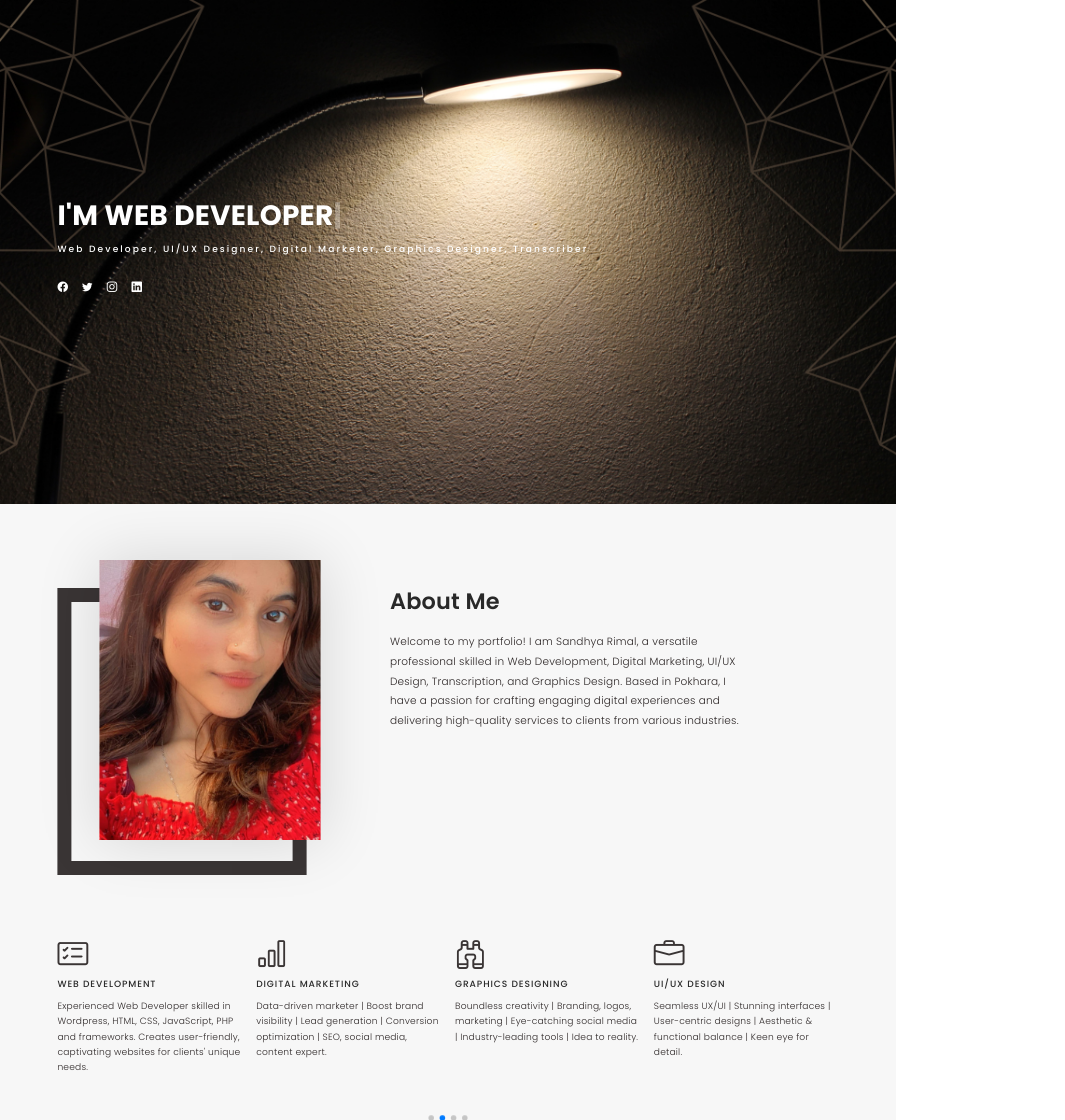
Repository: sandhya8109/portfolio
Page: index.html
These files come from the project's save history. The page is drawn as it stood at one moment and after the next save; the edit follows.
The browser window is 1280 px wide. The page is 1280 px wide, then 1522 px, so the pictures cover 1522 px, including what lies to the right of the window. The pictures show the part of the page from y = 0 to 1600 px (the page is 4289 px tall before and 5909 px after), at 70% of full size.
Some web fonts or font styles are not loaded; a fallback is used.

Above is the page before, as saved 2023-11-20 19:32:24.

### index.html
<!DOCTYPE html>
<html lang="en">

<head>
  <meta charset="utf-8">
  <meta content="width=device-width, initial-scale=1.0" name="viewport">

  <title>Sandhya's portfolio</title>
  <meta content="" name="description">
  <meta content="" name="keywords">

  <!-- Favicons -->
  <link href="assets/img/logo.png" rel="icon">
  <link href="assets/img/apple-touch-icon.png" rel="apple-touch-icon">

  <!-- Google Fonts -->
  <link href="https://fonts.googleapis.com/css?family=Poppins:300,300i,400,400i,500,500i,600,600i,700,700i|Playfair+Display:400,400i,500,500i,600,600i,700,700i,900,900i" rel="stylesheet">

  <!-- Vendor CSS Files -->
  <link href="assets/vendor/bootstrap/css/bootstrap.min.css" rel="stylesheet">
  <link href="assets/vendor/bootstrap-icons/bootstrap-icons.css" rel="stylesheet">
  <link href="assets/vendor/boxicons/css/boxicons.min.css" rel="stylesheet">
  <link href="assets/vendor/glightbox/css/glightbox.min.css" rel="stylesheet">
  <link href="assets/vendor/swiper/swiper-bundle.min.css" rel="stylesheet">

  <!-- Template Main CSS File -->
  <link href="assets/css/style.css" rel="stylesheet">
</head>

<body>

  <!-- ======= Header ======= -->
  <header id="header" class="fixed-top ">
    <div class="container d-flex align-items-center justify-content-between">

      <a href="index.html" class="logo"><img src="assets/img/logo.png" alt="" class="img-fluid"></a>
      <!-- Uncomment below if you prefer to use an text logo -->
      <!-- <h1 class="logo"><a href="index.html">Sandy Portfolio</a></h1> -->

      <nav id="navbar" class="navbar">
        <ul>
          <li><a class="nav-link scrollto active" href="#hero">Home</a></li>
          <li><a class="nav-link scrollto" href="#about">About</a></li>
          <li><a class="nav-link  scrollto" href="#portfolio">Portfolio</a></li>
          <li><a class="nav-link  scrollto" href="#journal">Blog</a></li>
          <li><a class="nav-link scrollto" href="#resume">Resume</a></li>
          <li class="dropdown"><a href="#"><span>Resume</span> <i class="bi bi-chevron-down"></i></a>
            <ul>
              <li><a href="#">Resume</a></li>
              <li class="dropdown"><a href="#"><span>Deep Drop Down</span> <i class="bi bi-chevron-right"></i></a>
                <ul>
                  <li><a href="#">Deep Drop Down 1</a></li>
                  <li><a href="#">Deep Drop Down 2</a></li>
                  <li><a href="#">Deep Drop Down 3</a></li>
                  <li><a href="#">Deep Drop Down 4</a></li>
                  <li><a href="#">Deep Drop Down 5</a></li>
                </ul>
              </li>
              <li><a href="#">Drop Down 2</a></li>
              <li><a href="#">Drop Down 3</a></li>
              <li><a href="#">Drop Down 4</a></li>
            </ul>
          </li>
          <li><a class="nav-link scrollto" href="#contact">Contact</a></li>
        </ul>
        <i class="bi bi-list mobile-nav-toggle"></i>
      </nav><!-- .navbar -->

    </div>
  </header><!-- End Header -->

  <!-- ======= Hero Section ======= -->
  <div id="hero" class="home">

    <div class="container">
      <div class="hero-content">
        <h1>I'm  <span class="typed" data-typed-items="Sandhya Rimal, Web Developer,UI/UX Designer, Digital Marketer,Graphics Designer, Transcriber"></span></h1>
        <p>Web Developer, UI/UX Designer, Digital Marketer, Graphics Designer, Transcriber</p>

        <ul class="list-unstyled list-social">
          <li><a href="https://www.facebook.com/sandhya809/"><i class="bi bi-facebook"></i></a></li>
          <li><a href="https://github.com/sandhya8109"><i class="bi bi-github"></i></a></li>
          <li><a href="https://www.instagram.com/8109_sandy/"><i class="bi bi-instagram"></i></a></li>
          <li><a href="https://www.linkedin.com/in/sandhya-rimal-7470601b7/"><i class="bi bi-linkedin"></i></a></li>
        </ul>
      </div>
    </div>
  </div><!-- End Hero -->

  <main id="main">

    <!-- ======= About Section ======= -->
    <div id="about" class="paddsection">
      <div class="container">
        <div class="row justify-content-between">

          <div class="col-lg-4 ">
            <div class="div-img-bg">
              <div class="about-img">
                <img src="assets/img/me.jpg" class="img-responsive" alt="me">
              </div>
            </div>
          </div>

          <div class="col-lg-7">
            <div class="about-descr">

              <h2>About Me </h2>
              <p class="separator">Welcome to my portfolio! I am Sandhya Rimal, a versatile professional skilled in Web Development, Digital Marketing, UI/UX Design, Transcription, and Graphics Design. Based in Pokhara, I have a passion for crafting engaging digital experiences and delivering high-quality services to clients from various industries.</p>

            </div>

          </div>
        </div>
      </div>
    </div><!-- End About Section -->

    <!-- ======= Services Section ======= -->
    <div id="services">
      <div class="container">

        <div class="services-slider swiper" data-aos="fade-up" data-aos-delay="100">
          <div class="swiper-wrapper">

            <div class="swiper-slide">
              <div class="services-block">
                <i class="bi bi-briefcase"></i>
                <span>UI/UX DESIGN</span>
                <p class="separator">
                  Seamless UX/UI | Stunning interfaces | User-centric designs | Aesthetic & functional balance | Keen eye for detail.</p>
              </div>
            </div><!-- End testimonial item -->

            <div class="swiper-slide">
              <div class="services-block">
                <i class="bi bi-card-checklist"></i>
                <span>Web Development</span>
                <p class="separator">
                  Experienced Web Developer skilled in Wordpress, HTML, CSS, JavaScript, PHP and frameworks. Creates user-friendly, captivating websites for clients' unique needs.</p>
              </div>
                           </div><!-- End testimonial item -->
            <div class="swiper-slide">
              <div class="services-block">
                <i class="bi bi-bar-chart"></i>
                <span>Digital Marketing</span>
                <p class="separator">
                  Data-driven marketer | Boost brand visibility | Lead generation | Conversion optimization | SEO, social media, content expert.</p>
              </div>
            </div><!-- End testimonial item -->
            <div class="swiper-slide">
              <div class="services-block">
                <i class="bi bi-binoculars"></i>
                <span>Graphics Designing</span>
                <p class="separator">
                  Boundless creativity | Branding, logos, marketing | Eye-catching social media | Industry-leading tools | Idea to reality.</p>
              </div>
                            </div><!-- End testimonial item -->

            </div><!-- End testimonial item -->



          </div>
          <div class="swiper-pagination"></div>
        </div>

      </div>

    </div><!-- End Services Section -->

    <!-- ======= Portfolio Section ======= -->
    <div id="portfolio" class="paddsection">

      <div class="container">
        <div class="section-title text-center">
          <h2>My Portfolio</h2>
        </div>
      </div>

      <div class="container">

        <div class="row">
          <div class="col-lg-12 d-flex justify-content-center">
            <ul id="portfolio-flters">
              <li data-filter="*" class="filter-active">All</li>
              <li data-filter=".filter-app">Website</li>
              <li data-filter=".filter-card">UI/UX</li>
              <li data-filter=".filter-web">Graphics</li>
              <li data-filter=".filter-resume">Resume</li>
            </ul>
          </div>
        </div>

        <div class="row portfolio-container">

          <div class="col-lg-4 col-md-6 portfolio-item filter-app">
            <img src="assets/img/portfolio/owl.png" class="img-fluid" alt="">
            <div class="portfolio-info">
              <h4>Hope Ability</h4>
              <p>PHP</p>
              <a href="assets/img/portfolio/owl.png" data-gallery="portfolioGallery" class="portfolio-lightbox preview-link" title="App 1"><i class="bx bx-plus"></i></a>
              <a href="portfolio-details.html" class="details-link" title="More Details"><i class="bx bx-link"></i></a>
            </div>
          </div>

          <div class="col-lg-4 col-md-6 portfolio-item filter-web">
            <img src="assets/img/portfolio/final banner.png" class="img-fluid" alt="">
            <div class="portfolio-info">
              <h4>Gurung Bakery</h4>
              <p>Illustrator</p>
              <a href="assets/img/portfolio/final banner.png" data-gallery="portfolioGallery" class="portfolio-lightbox preview-link" title="Web 3"><i class="bx bx-plus"></i></a>
              <a href="portfolio-details.html" class="details-link" title="More Details"><i class="bx bx-link"></i></a>
            </div>
          </div>

          <div class="col-lg-4 col-md-6 portfolio-item filter-web">
            <img src="assets/img/portfolio/krishna janmastami.jpg" class="img-fluid" alt="">
            <div class="portfolio-info">
              <h4>App 2</h4>
              <p>App</p>
              <a href="assets/img/portfolio/krishna janmastami.jpg" data-gallery="portfolioGallery" class="portfolio-lightbox preview-link" title="App 2"><i class="bx bx-plus"></i></a>
              <a href="portfolio-details.html" class="details-link" title="More Details"><i class="bx bx-link"></i></a>
            </div>
          </div>

          <div class="col-lg-4 col-md-6 portfolio-item filter-card">
            <img src="assets/img/portfolio/flyer.png" class="img-fluid" alt="">
            <div class="portfolio-info">
              <h4>Card 2</h4>
              <p>Card</p>
              <a href="assets/img/portfolio/flyer.png" data-gallery="portfolioGallery" class="portfolio-lightbox preview-link" title="Card 2"><i class="bx bx-plus"></i></a>
              <a href="portfolio-details.html" class="details-link" title="More Details"><i class="bx bx-link"></i></a>
            </div>
          </div>

          <div class="col-lg-4 col-md-6 portfolio-item filter-web">
            <img src="assets/img/portfolio/lagan.png" class="img-fluid" alt="">
            <div class="portfolio-info">
              <h4>Web 2</h4>
              <p>Web</p>
              <a href="assets/img/portfolio/lagan.png" data-gallery="portfolioGallery" class="portfolio-lightbox preview-link" title="Web 2"><i class="bx bx-plus"></i></a>
              <a href="portfolio-details.html" class="details-link" title="More Details"><i class="bx bx-link"></i></a>
            </div>
          </div>

          <div class="col-lg-4 col-md-6 portfolio-item filter-app">
            <img src="assets/img/portfolio/letter head.jpg" class="img-fluid" alt="">
            <div class="portfolio-info">
              <h4>App 3</h4>
              <p>App</p>
              <a href="assets/img/portfolio/letter head.jpg" data-gallery="portfolioGallery" class="portfolio-lightbox preview-link" title="App 3"><i class="bx bx-plus"></i></a>
              <a href="portfolio-details.html" class="details-link" title="More Details"><i class="bx bx-link"></i></a>
            </div>
          </div>

        </div>

      </div>

    </div><!-- End Portfolio Section -->

    <!-- ======= Journal Section ======= -->
    <div id="journal" class="text-left paddsection">

      <div class="container">
        <div class="section-title text-center">
          <h2>Short Blog</h2>
        </div>
      </div>

      <div class="container">
        <div class="journal-block">
          <div class="row">

            <div class="col-lg-4 col-md-6">
              <div class="journal-info">

                <a href="blog-single.html"><img src="assets/img/blog-post-1.JPG" class="img-responsive" alt="img"></a>

                <div class="journal-txt">

                  <h4><a href="blog-single.html">Story of Dog</a></h4>
                  <p class="separator">To an English person, it will seem like simplified English
                  </p>

                </div>

              </div>
            </div>

            <div class="col-lg-4 col-md-6">
              <div class="journal-info">

                <a href="blog-single.html"><img src="assets/img/IMG_2219.JPG" class="img-responsive" alt="img"></a>

                <div class="journal-txt">

                  <h4><a href="blog-single.html">I Love You</a></h4>
                  <p class="separator">To an English person, it will seem like simplified English
                  </p>

                </div>

              </div>
            </div>

            <div class="col-lg-4 col-md-6">
              <div class="journal-info">

                <a href="blog-single.html"><img src="assets/img/blog-post-1.JPG" class="img-responsive" alt="img"></a>

                <div class="journal-txt">

                  <h4><a href="blog-single.html">Why?</a></h4>
                  <p class="separator">To an English person, it will seem like simplified English
                  </p>

                </div>

              </div>
            </div>

          </div>
        </div>
      </div>

    </div><!-- End Journal Section -->

    <!-- ======= Contact Section ======= -->
    <div id="contact" class="paddsection">
      <div class="container">
        <div class="contact-block1">
          <div class="row">

            <div class="col-lg-6">
              <div class="contact-contact">

                <h2 class="mb-30">GET IN TOUCH</h2>

                <ul class="contact-details">
                  <li><span>Bhajapatan-13</span></li>
                  <li><span>Pokhara, Nepal</span></li>
                  <li><span>+977 9862386184</span></li>
                  <li><span>sandyrimal07@gmail.com</span></li>
                </ul>

              </div>
            </div>

            <div class="col-lg-6">
              <form action="forms/contact.php" method="post" role="form" class="php-email-form">
                <div class="row gy-3">

                  <div class="col-lg-6">
                    <div class="form-group contact-block1">
                      <input type="text" name="name" class="form-control" id="name" placeholder="Your Name" required>
                    </div>
                  </div>

                  <div class="col-lg-6">
                    <div class="form-group">
                      <input type="email" class="form-control" name="email" id="email" placeholder="Your Email" required>
                    </div>
                  </div>

                  <div class="col-lg-12">
                    <div class="form-group">
                      <input type="text" class="form-control" name="subject" id="subject" placeholder="Subject" required>
                    </div>
                  </div>

                  <div class="col-lg-12">
                    <div class="form-group">
                      <textarea class="form-control" name="message" placeholder="Message" required></textarea>
                    </div>
                  </div>

                  <div class="col-lg-12">
                    <div class="loading">Loading</div>
                    <div class="error-message"></div>
                    <div class="sent-message">Your message has been sent. Thank you!</div>
                  </div>

                  <div class="mt-0">
                    <input type="submit" class="btn btn-defeault btn-send" value="Send message">
                  </div>

                </div>
              </form>
            </div>
          </div>
        </div>
      </div>
    </div><!-- End Contact Section -->

  </main><!-- End #main -->

  <!-- ======= Footer ======= -->
  <div id="footer" class="text-center">
    <div class="container">
      <div class="socials-media text-center">

        <ul class="list-unstyled">
          <li><a href="#"><i class="bi bi-facebook"></i></a></li>
          <li><a href="#"><i class="bi bi-github"></i></a></li>
          <li><a href="#"><i class="bi bi-instagram"></i></a></li>
          <li><a href="#"><i class="bi bi-linkedin"></i></a></li>
        </ul>

      </div>

      <p>&copy; Copyrights Sandy All rights reserved.</p>

      <div class="credits">Designed by <a href="https://bootstrapmade.com/">sandhyarimal.com.np</a>
      </div>

    </div>
  </div><!-- End Footer -->

  <a href="#" class="back-to-top d-flex align-items-center justify-content-center"><i class="bi bi-arrow-up-short"></i></a>

  <!-- Vendor JS Files -->
  <script src="assets/vendor/bootstrap/js/bootstrap.bundle.min.js"></script>
  <script src="assets/vendor/glightbox/js/glightbox.min.js"></script>
  <script src="assets/vendor/isotope-layout/isotope.pkgd.min.js"></script>
  <script src="assets/vendor/swiper/swiper-bundle.min.js"></script>
  <script src="assets/vendor/typed.js/typed.umd.js"></script>
  <script src="assets/vendor/php-email-form/validate.js"></script>

  <!-- Template Main JS File -->
  <script src="assets/js/main.js"></script>

</body>

</html>

Loaded but not shown: assets/vendor/bootstrap/css/bootstrap.min.css (library); assets/vendor/bootstrap-icons/bootstrap-icons.css (library); assets/vendor/boxicons/css/boxicons.min.css (library); assets/vendor/glightbox/css/glightbox.min.css (library); assets/vendor/swiper/swiper-bundle.min.css (library); assets/vendor/bootstrap/js/bootstrap.bundle.min.js (library); assets/vendor/glightbox/js/glightbox.min.js (library); assets/vendor/isotope-layout/isotope.pkgd.min.js (library); assets/vendor/swiper/swiper-bundle.min.js (library); assets/vendor/typed.js/typed.umd.js (library); assets/vendor/php-email-form/validate.js (common file); assets/js/main.js (263 lines, source omitted); assets/css/style.css (1547 lines, source omitted)

After the next save:
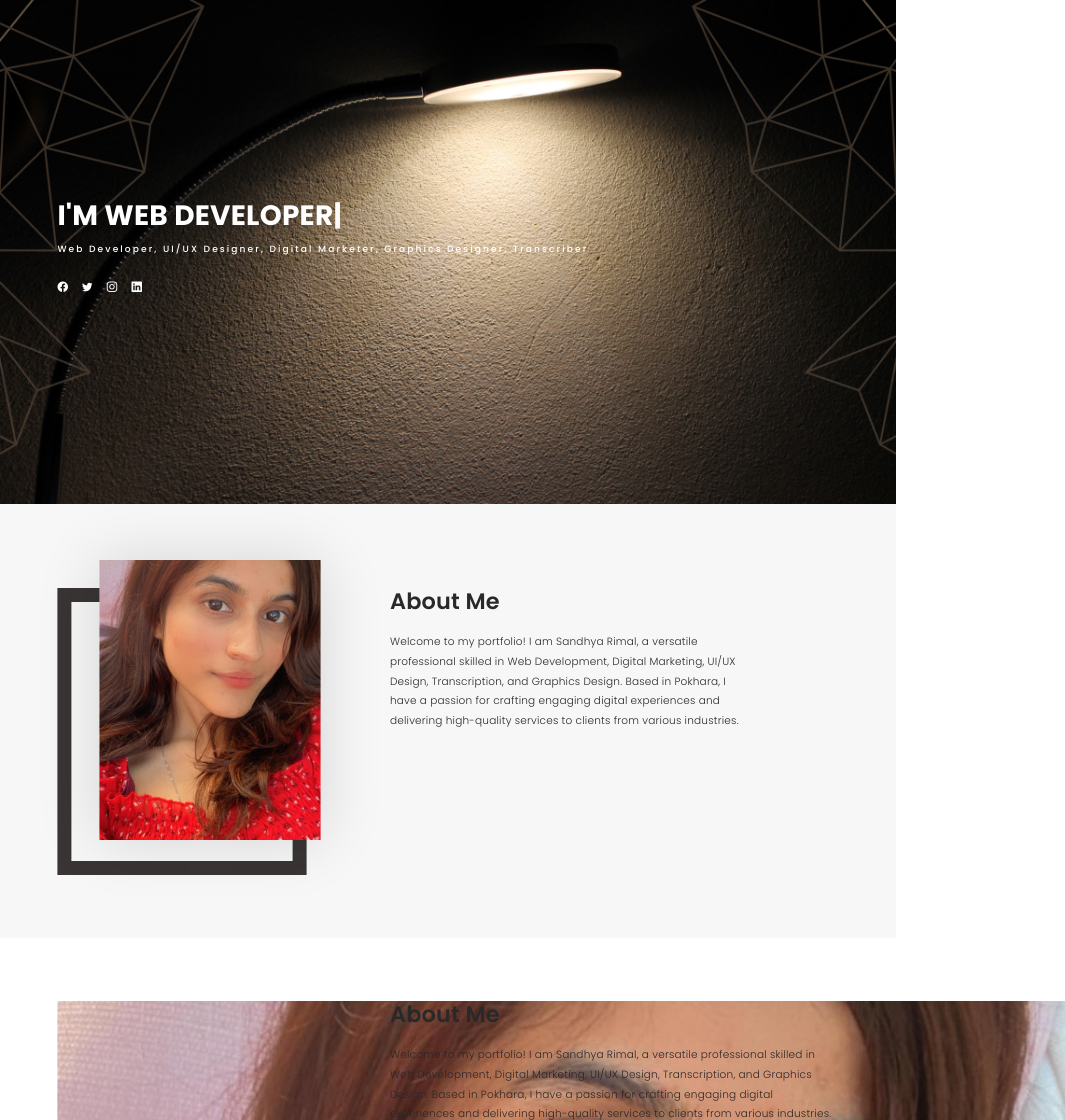
Saved 36 s later.
--- a/index.html
+++ b/index.html
@@ -114,6 +114,31 @@
         </div>
       </div>
     </div><!-- End About Section -->
+    <!-- ======= resume Section ======= -->
+    <div id="resume" class="paddsection">
+      <div class="container">
+        <div class="row justify-content-between">
+
+          <div class="col-lg-4 ">
+            <div class="div-img-bg">
+              <div class="about-img">
+                <img src="assets/img/me.jpg" class="img-responsive" alt="me">
+              </div>
+            </div>
+          </div>
+
+          <div class="col-lg-7">
+            <div class="about-descr">
+
+              <h2>About Me </h2>
+              <p class="separator">Welcome to my portfolio! I am Sandhya Rimal, a versatile professional skilled in Web Development, Digital Marketing, UI/UX Design, Transcription, and Graphics Design. Based in Pokhara, I have a passion for crafting engaging digital experiences and delivering high-quality services to clients from various industries.</p>
+
+            </div>
+
+          </div>
+        </div>
+      </div>
+    </div><!-- End resume Section -->
 
     <!-- ======= Services Section ======= -->
     <div id="services">
